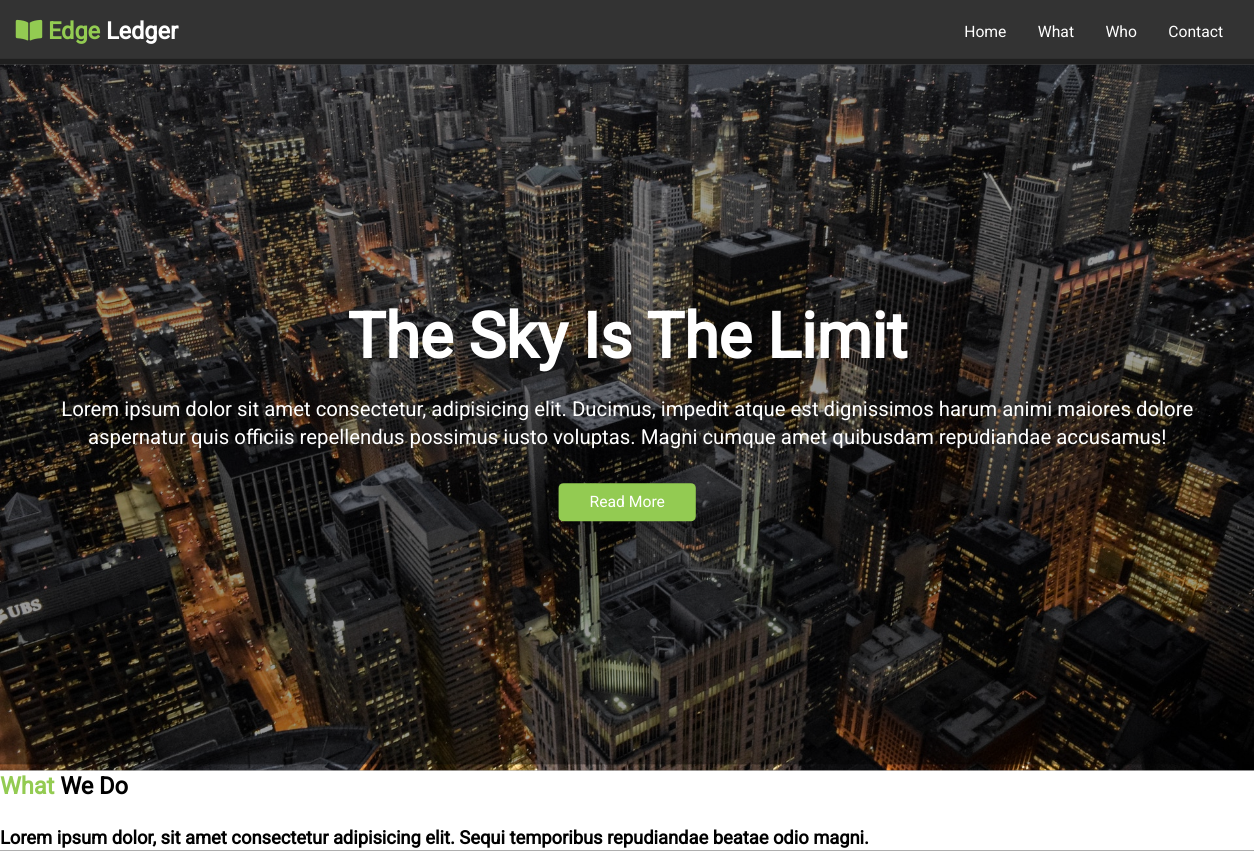
Repository: minhtien9/EdgeLedger-Financial-Web
Page: index.html
The author's editor kept a copy of each file at every save. The page is drawn from the files as they stood at one save, then again after the next save.
The browser window is 1280 px wide. The pictures show the whole page, at 98% of full size.

Above is the page before, as saved 2021-08-16 22:08:50.

### index.html
<!DOCTYPE html>
<html lang="en">

<head>
    <meta charset="UTF-8" />
    <meta http-equiv="X-UA-Compatible" content="IE=edge" />
    <meta name="viewport" content="width=device-width, initial-scale=1.0" />
    <link rel="stylesheet" href="https://cdnjs.cloudflare.com/ajax/libs/font-awesome/5.15.4/css/all.min.css" integrity="sha512-1ycn6IcaQQ40/MKBW2W4Rhis/DbILU74C1vSrLJxCq57o941Ym01SwNsOMqvEBFlcgUa6xLiPY/NS5R+E6ztJQ==" crossorigin="anonymous" referrerpolicy="no-referrer"
    />
    <link rel="stylesheet" media="screen and (max-width:768px)" href="css/mobile.css" />
    <link rel="stylesheet" media="screen  and (min-width:1100)" href="css/widescreen.css" />
    <link rel="stylesheet" href="css/style.css" />
    <title>EdgeLedger Financial | Accounting & Investment</title>
</head>

<body id="home">
    <!-- Navbar -->
    <nav id="navbar">
        <h1 class="logo">
            <span class="text-primary"> <i class="fas fa-book-open"></i> Edge </span
        >Ledger
      </h1>
      <ul>
        <li><a href="#home">Home</a></li>
        <li><a href="#what">What</a></li>
        <li><a href="#who">Who</a></li>
        <li><a href="#contact">Contact</a></li>
      </ul>
    </nav>
    <!-- Header: Showcase -->
    <header id="showcase">
      <div class="showcase-content">
        <h1 class="l-heading">The Sky Is The Limit</h1>
        <p class="lead">
          Lorem ipsum dolor sit amet consectetur, adipisicing elit. Ducimus,
          impedit atque est dignissimos harum animi maiores dolore aspernatur
          quis officiis repellendus possimus iusto voluptas. Magni cumque amet
          quibusdam repudiandae accusamus!
        </p>
        <a href="#what" class="btn">Read More</a>
      </div>
    </header>
    <!-- Section: What We Do -->
    <section id="what" class="bg-ligh py-1">
      <div class="container">
        <h2 class="m-heading"><span class="text-primary">What</span> We Do</h2>
            <div class="items">
                <div class="item">
                    <i class="fas fa university fa-2x"></i>
                    <div>
                        <h3>
                            Lorem ipsum dolor, sit amet consectetur adipisicing elit. Sequi temporibus repudiandae beatae odio magni.
                        </h3>
                    </div>
                </div>
                <div class="item"></div>
                <div class="item"></div>
            </div>
            </div>
            </section>
</body>

</html>

### css/style.css
@import url('https://fonts.googleapis.com/css2?family=Roboto&display=swap');
* {
    box-sizing: border-box;
    margin: 0;
    padding: 0;
}

body {
    font-family: 'Roboto', sans-serif;
    line-height: 1.4;
}

a {
    text-decoration: none;
}

p {
    margin: 0.75rem 0;
}


/* Utility Classes */

.text-primary {
    color: #93cb52;
}

.l-heading {
    font-size: 4rem;
    margin-bottom: 0.75rem;
    line-height: 1.1;
}

.lead {
    font-size: 1.3rem;
    margin-bottom: 2rem;
}

.btn {
    display: inline-block;
    color: #fff;
    background: #93cb52;
    padding: 0.5rem 2rem;
    border: none;
    border-radius: 5px;
}

.btn:hover {
    background: #7ab436;
}

.btn-dark {
    background: #333;
    color: #fff;
}


/* Navbar */

#navbar {
    display: flex;
    position: stick;
    top: 0;
    background: #333;
    color: #fff;
    justify-content: space-between;
    z-index: 1;
    padding: 1rem;
}

#navbar ul {
    display: flex;
    align-items: center;
    list-style: none;
}

#navbar ul li a {
    color: #fff;
    padding: 0.75rem;
    margin: 0 0.25rem;
}

#navbar ul li a:hover {
    background: #93cb52;
    border-radius: 5px;
}


/* Showcase */

#showcase {
    background: #333 url('../img/showcase.jpg') no-repeat center center/cover;
    height: 100vh;
    color: #fff;
}

#showcase .showcase-content {
    display: flex;
    flex-direction: column;
    text-align: center;
    justify-content: center;
    align-items: center;
    height: 100%;
    padding: 0 2rem;
    /* Overlay */
    position: absolute;
    top: 60px;
    left: 0;
    background-color: rgba(0, 0, 0, 0.4);
}

Loaded but not shown: css/mobile.css (no stored copy; drawn as an empty file); css/widescreen.css (no stored copy; drawn as an empty file)

After the next save:
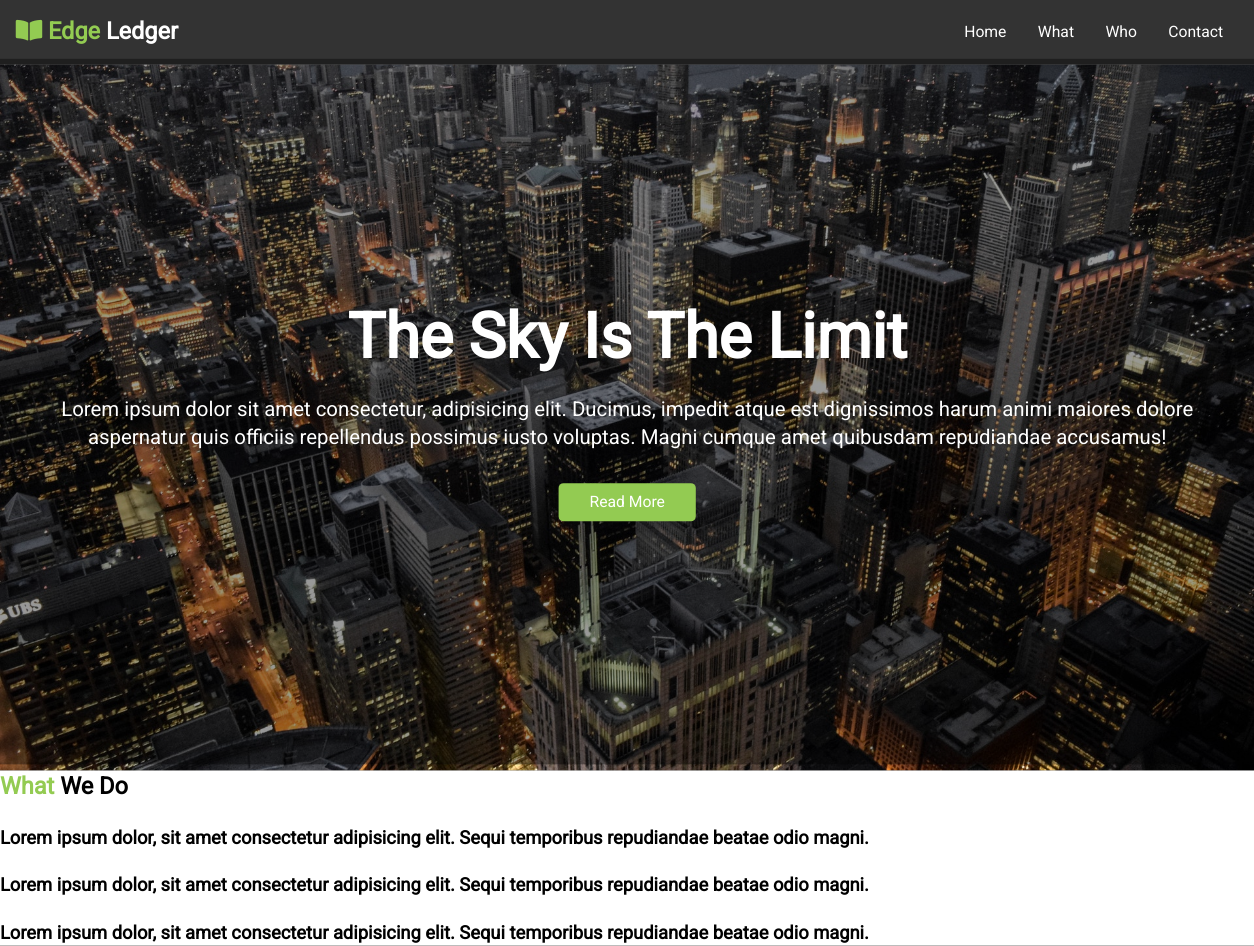
Saved 25 s later.
--- a/index.html
+++ b/index.html
@@ -53,6 +53,22 @@
                         </h3>
                     </div>
                 </div>
+                <div class="item">
+                    <i class="fas fa university fa-2x"></i>
+                    <div>
+                        <h3>
+                            Lorem ipsum dolor, sit amet consectetur adipisicing elit. Sequi temporibus repudiandae beatae odio magni.
+                        </h3>
+                    </div>
+                </div>
+                <div class="item">
+                    <i class="fas fa university fa-2x"></i>
+                    <div>
+                        <h3>
+                            Lorem ipsum dolor, sit amet consectetur adipisicing elit. Sequi temporibus repudiandae beatae odio magni.
+                        </h3>
+                    </div>
+                </div>
                 <div class="item"></div>
                 <div class="item"></div>
             </div>
